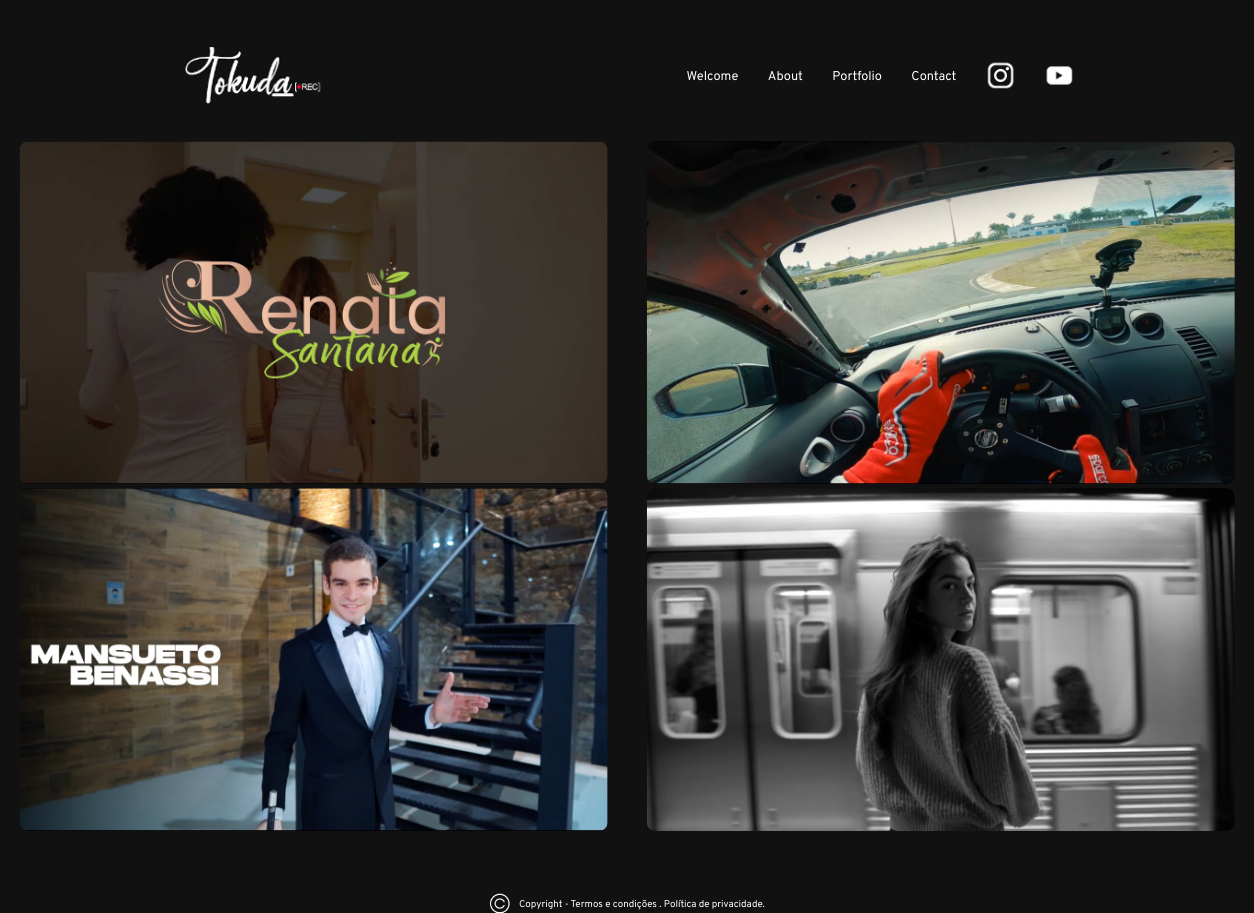
Repository: Lucasbeze/Project-FilmMaker
Page: projeto-alex/pages/portfolio.html
An editor plug-in stored every save of this project. The page is shown before and after the next save, followed by the edit.
The browser window is 1280 px wide. The pictures show the whole page, at 98% of full size.

Above is the page before, as saved 2022-08-26 11:41:51.

After the next save:
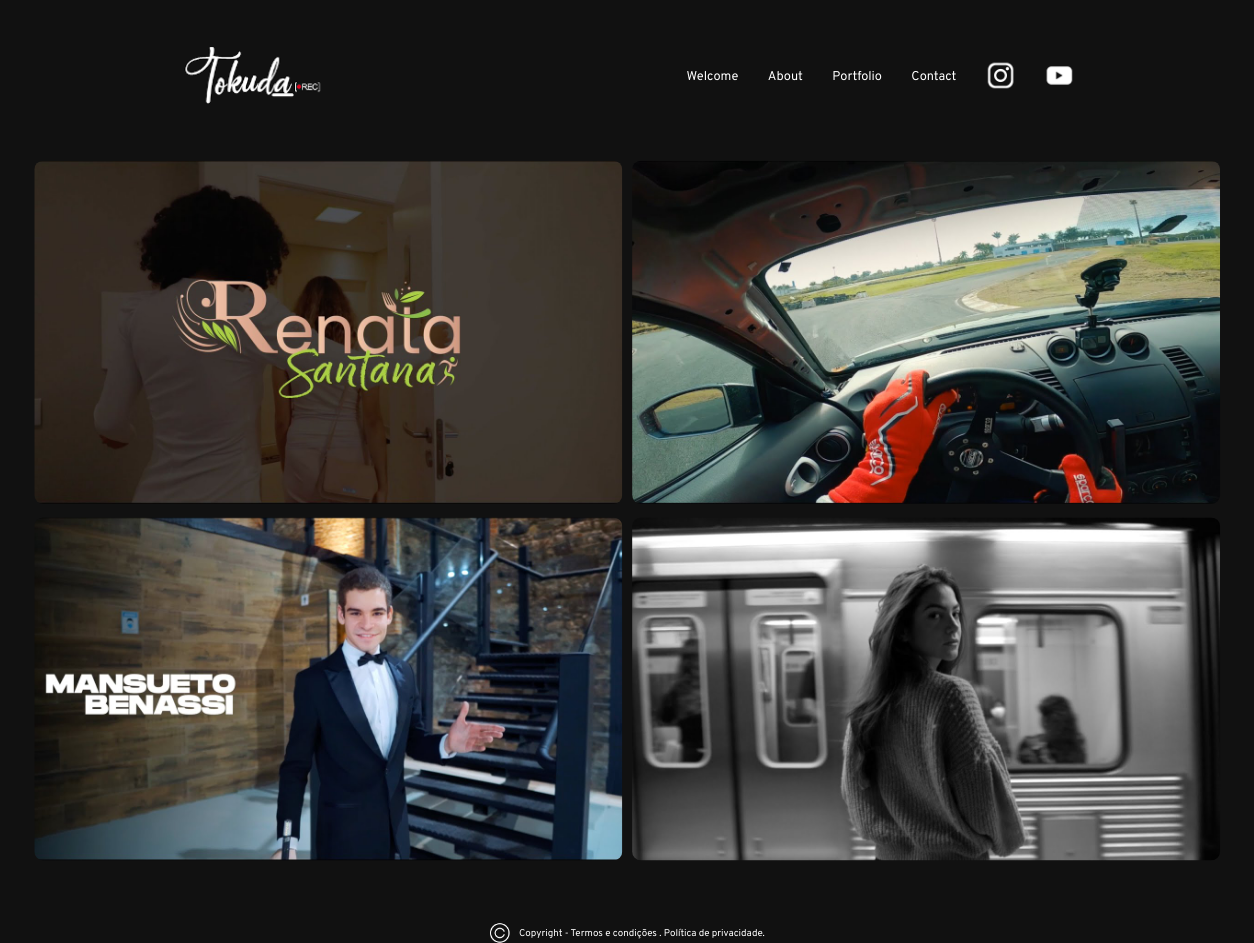
Saved 2 min 18 s later.
--- a/projeto-alex/css/portfolio.css
+++ b/projeto-alex/css/portfolio.css
@@ -38,10 +38,12 @@
   width: 30px;
 }
 main{
-  margin: 3rem auto;
-  display: grid;
-  grid-template-columns: 1fr 1fr;
-  justify-items: center;
+  display: flex;
+    flex-wrap: wrap;
+    justify-content: center;
+    align-items: center;
+    gap: 1rem;
+    margin-top: 5rem;
 
 }
 main button {
